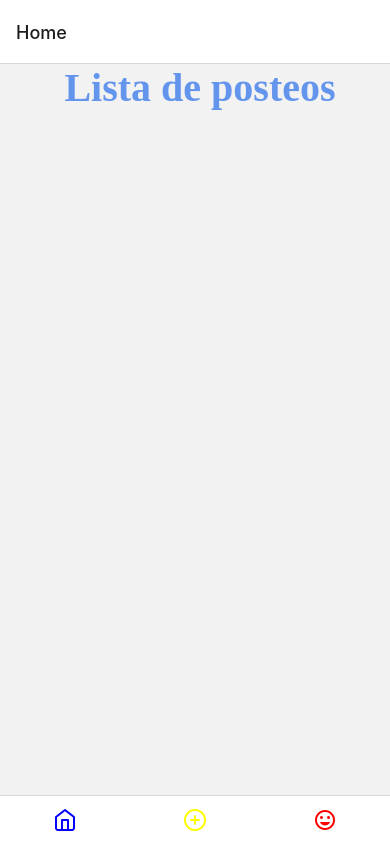
Repository: larafernandezo/finalprog3
Screen: /Menu
These files come from the project's save history. The screen is drawn as it stood at one moment and after the next save; the edit follows.
The page's requests for data from a server got no answer. The app was drawn by React Native's web renderer in a window 390 px wide. The project was rebuilt for these pictures with package versions that can differ from the ones it lists, and the page was loaded fresh each time. No one was signed in, and anything a server would have sent is missing. Also part of the build but not shown: src/components/Camera.js, src/screens/Registro.js, src/components/Post.js, src/screens/MiPerfil.js, src/screens/NuevoPost.js, src/screens/Perfil.js.

Above is the screen before, as saved 2022-11-22 11:17:47.

After the next save:
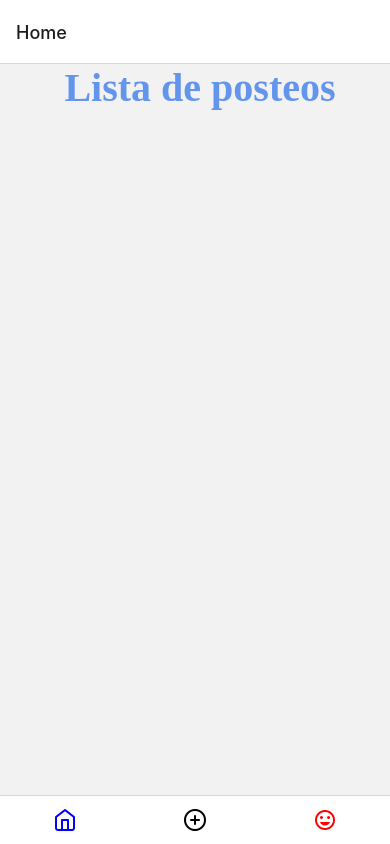
Saved 23 s later.
--- a/src/components/Menu.js
+++ b/src/components/Menu.js
@@ -13,7 +13,7 @@ function Menu () {
     return(
         <Tab.Navigator screenOptions = {{ tabBarShowLabel: false}}>
                 <Tab.Screen name = "Home" component={ Home } options ={ { tabBarIcon: () => <Feather name="home" size={24} color="blue" /> } }  />
-            <Tab.Screen name = "Postear" component={ NuevoPost }  options ={{ tabBarIcon: () => <Feather name="plus-circle" size={24} color="yellow" /> }}/>
+            <Tab.Screen name = "Postear" component={ NuevoPost }  options ={{ tabBarIcon: () => <Feather name="plus-circle" size={24} color="acqua" /> }}/>
             <Tab.Screen name = "Perfil" component={ MiPerfil } options={{ tabBarIcon: () => <MaterialIcons name="tag-faces" size={24} color="red" /> }}/>
         </Tab.Navigator>
     );
